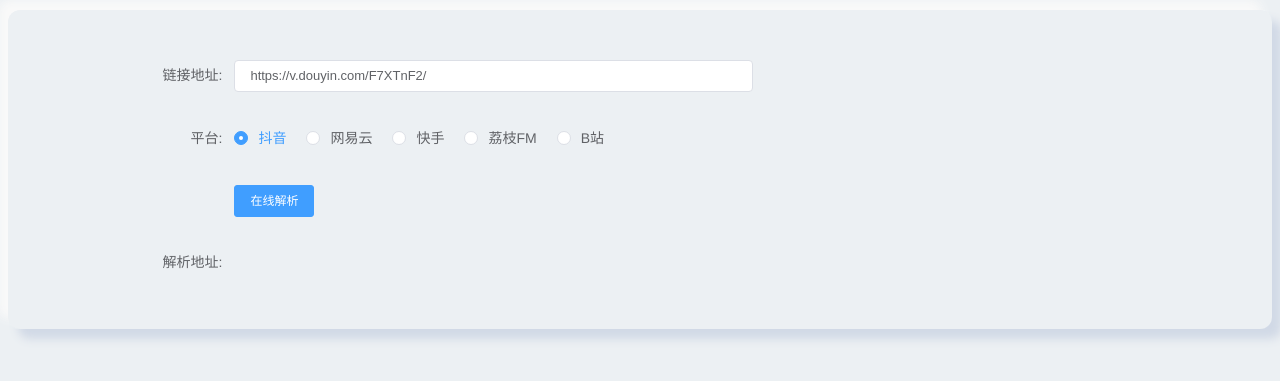
Repository: lyln/freepd
Page: / (app in frontend/freepd/)
These files come from the project's save history. The page is drawn as it stood at one moment and after the next save; the edit follows.
The browser window is 1280 px wide. The pictures show the whole page.
The project was rebuilt for these pictures with package versions that can differ from the ones it lists, and the page was loaded fresh each time. Also part of the build but not shown: frontend/freepd/src/components/HelloWorld.vue.

Above is the page before, as saved 2022-05-30 22:08:47.

After the next save:
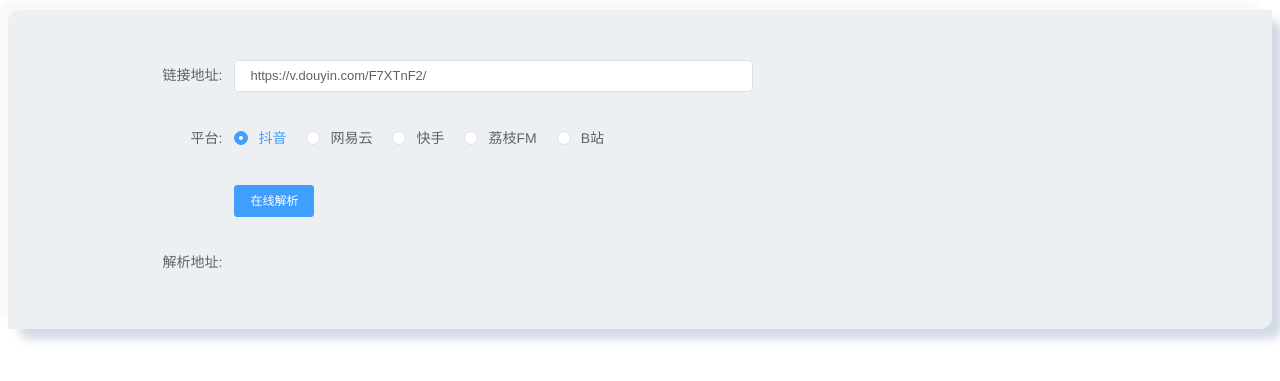
Saved 77 s later.
--- a/frontend/freepd/index.html
+++ b/frontend/freepd/index.html
@@ -5,15 +5,6 @@
     <meta name="viewport" content="width=device-width,initial-scale=1.0">
     <meta name="referrer" content="no-referrer" />
     <title>freepd</title>
-    <link href="https://fonts.googleapis.com/css2?family=Montserrat:wght@400;700;800&amp;display=swap" rel="stylesheet">
-    <style type="text/css">
-    	body {
-    		font-family: 'Montserrat',sans-serif;
-    		font-size: 12px;
-    		background-color: #ecf0f3;
-   			color: #a0a5a8
-    	}
-    </style>
   </head>
   <body>
     <div id="app"></div>
